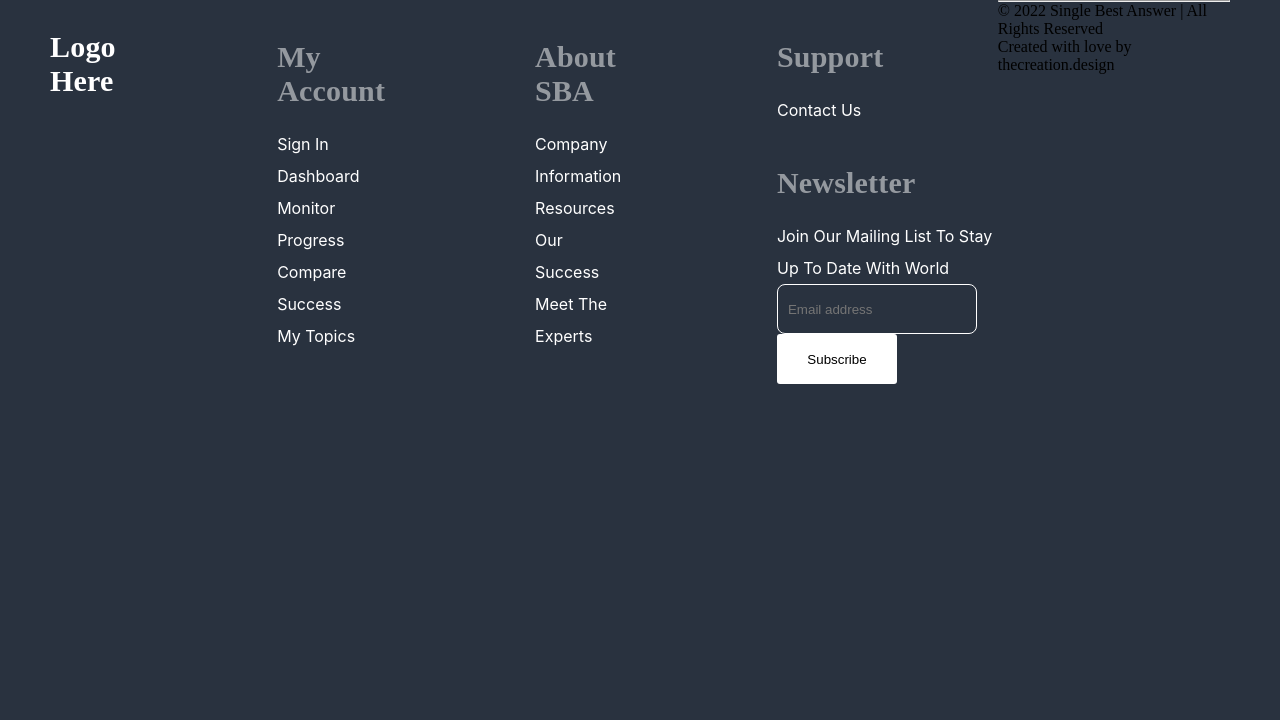
Repository: FaridRustamov09/Final-Task
Page: Pages/connectionPage/index.html
The author's editor kept a copy of each file at every save. The page is drawn from the files as they stood at one save, then again after a run of saves.
The browser window is 1280 px wide. The pictures show the whole page.
The style sheet was rebuilt from its Sass, Less or Tailwind sources for each picture, by a compiler version that may differ from the author's.

Above is the page before, as saved 2024-07-14 20:51:35.

### Pages/connectionPage/index.html
<!DOCTYPE html>
<html lang="en">
  <head>
    <meta charset="UTF-8" />
    <meta name="viewport" content="width=device-width, initial-scale=1.0" />
    <title>Document</title>
    <link rel="stylesheet" href="index.css" />
  </head>
  <body>
    <div class="container4">
      <div class="helper-box">
        <b>Logo Here</b>
        <ul>
          <li class="title"><b>My Account</b></li>
          <li><a href="#">Sign In</a></li>
          <li><a href="#">Dashboard</a></li>
          <li><a href="#">Monitor Progress</a></li>
          <li><a href="#">Compare Success</a></li>
          <li><a href="#">My Topics</a></li>
        </ul>
        <ul>
          <li class="title"><b>About SBA </b></li>
          <li><a href="#">Company Information</a></li>
          <li><a href="#">Resources</a></li>
          <li><a href="#">Our Success</a></li>
          <li><a href="#">Meet The Experts</a></li>
        </ul>
        <ul>
          <li class="title"><b>Support</b></li>
          <li><a href="#">Contact Us</a></li>
          <li class="title"><b>Newsletter</b></li>
          <li>
            <a href="#">Join our mailing list to stay up to date with world</a>
          </li>
          <li class="subscribe">
            <input placeholder="Email address" type="email" /><button>
              Subscribe
            </button>
          </li>
        </ul>
      </div>
      <div class="finish">
        <hr />
        <p>© 2022 Single Best Answer | All Rights Reserved</p>
        <p>Created with love by thecreation.design</p>
      </div>
    </div>
  </body>
</html>

### Pages/connectionPage/index.scss
* {
  margin: 0;
  padding: 0;
  box-sizing: border-box;
}
.container4 {
  background-color: #29323f;
  min-height: 100vh;
  display: flex;
  padding: 0 50px;
  position: relative;
  .helper-box {
    display: flex;
    b {
      color: var(--White, #fff);
      font-family: Poppins;
      font-size: 30px;
      font-style: normal;
      font-weight: 700;
      line-height: normal;
      letter-spacing: 0.183px;
      text-transform: capitalize;
      margin-top: 30px;
    }
    ul {
      display: flex;
      flex-direction: column;
      margin-left: 150px;
      .title {
        opacity: 0.5;
        color: var(--White, #fff);
        font-family: Inter;
        font-size: 20px;
        font-style: normal;
        font-weight: 500;
        line-height: normal;
        margin-bottom: 20px;
        margin-top: 40px;
      }
      li {
        color: var(--White, #fff);
        font-family: Inter;
        font-size: 16px;
        font-style: normal;
        font-weight: 400;
        line-height: 32px;
        text-transform: capitalize;
        list-style-type: none;
        a {
          text-decoration: none;
          color: var(--White, #fff);
          font-family: Inter;
          font-size: 16px;
          font-style: normal;
          font-weight: 400;
          line-height: 32px;
          text-transform: capitalize;
        }
      }
      .subscribe {
        input {
          outline: none;
          border-radius: 8px;
          border: 1px solid var(--White, #fff);
          background: none;
          width: 200px;
          height: 50px;
          padding: 5px 10px;
        }
        button {
          background-color: #ffffff;
          width: 120px;
          height: 50px;
          border-radius: 3px;
          border: none;
        }
      }
    }
    .finish {
      display: flex;
position: absolute;
bottom: 20px;
      p {
      }
    }
  }
}

After the next 2 saves:
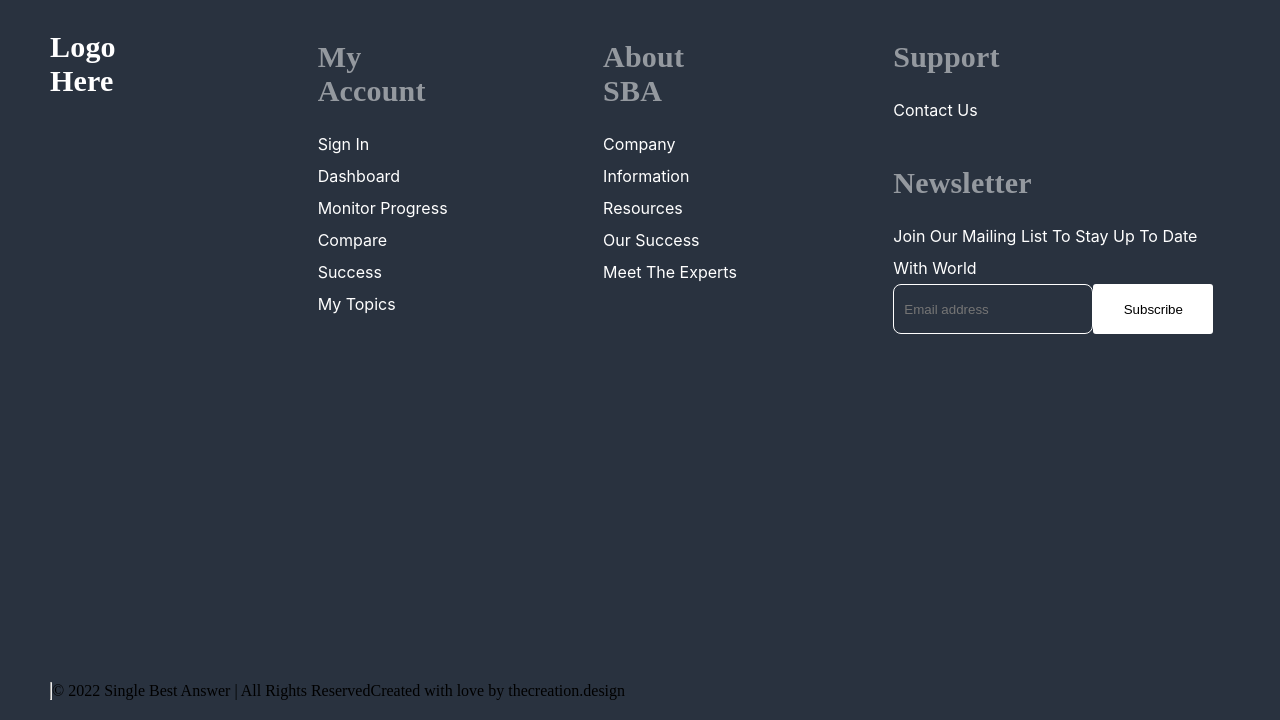
The 2 saves are shown as one change because they came seconds apart.
The last was saved 47 s later.
--- a/Pages/connectionPage/index.scss
+++ b/Pages/connectionPage/index.scss
@@ -76,12 +76,13 @@
         }
       }
     }
-    .finish {
-      display: flex;
+
+  }
+  .finish {
+    display: flex;
 position: absolute;
 bottom: 20px;
-      p {
-      }
+    p {
     }
   }
 }
